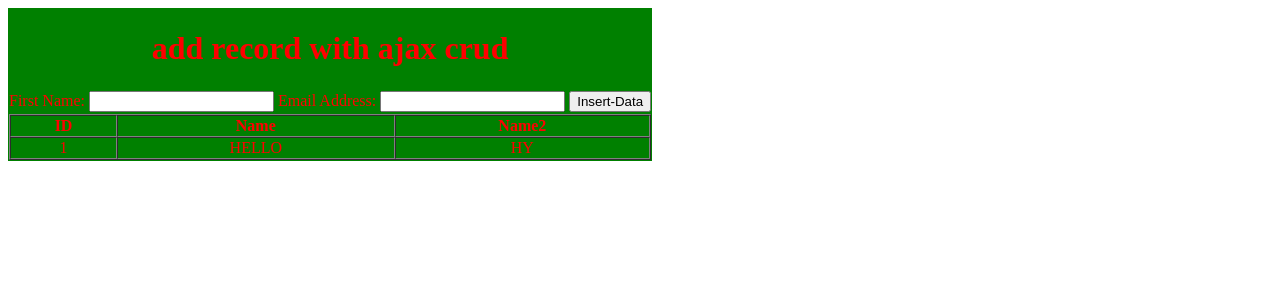
Repository: Tauqeer124/newrepo
Page: http://localhost/insertdata.php
These files come from the project's save history. The page is drawn as it stood at one moment and after a run of saves; the edit follows.
The browser window is 1280 px wide. The pictures show the whole page.
The page is run by PHP 8.4 with error messages shown; the project is at /var/www/html/.

Above is the page before, as saved 2023-04-28 20:11:45.
Console error: ReferenceError: $ is not defined

### insertdata.php
<!DOCTYPE html>
<html lang="en">
    <head>
        <title> ajax example</title>
        <style>
            #main{
                text-align: center;
                color: red;
                background-color: green;
            }
        </style>
    </head>
    <body>
        <table id="main" border="0" cellspacing="0">
            <tr >
                <td id="header">
                    <h1>add record with ajax crud</h1>
                </td>
            </tr>
            <tr>
                <td id="table-form">
                    First Name: <input type="text" id="name">
                    Email Address: <input type="text" id="email">
                    <input type="button" id="save-button" value="Insert-Data" >
                </td>
            </tr>
            <tr>
                <td id="table-data">
                    <table border="1" cellspacing="0" cellpading="10px" width="100%" >
                        <tr>
                            <th>ID</th>
                            <th>Name</th>
                            <th>Name2</th>
                        </tr>
                        <tr>
                            <td align="center">1</td>
                            <td align="center">HELLO</td>
                            <td align="center">HY</td>
                        </tr>

                    </table>
                </td>
            </tr>
        </table>
        <script type="text/javascript" src="js/jquery.js"></script>
        <script type="text/javascript">
            $(document).ready(function(){
                $("#load-button").on("click",function(e){
                    $.ajax({
                        url: "ajaxlaod.php",
                        type:"post",
                        success: function(data){
                            $("#table-data").html(data);
                        }

                    });
                });
            });
        </script>
    </body>

</html>

Loaded but not shown: js/jquery.js (no copy from this time; the picture is the same without it)

After the next 2 saves:
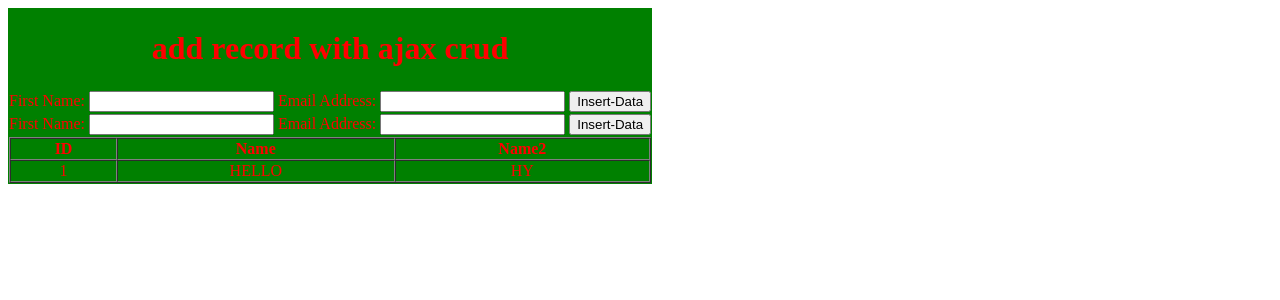
The 2 saves are shown as one change because they came seconds apart.
The last was saved 64 s later.
--- a/insertdata.php
+++ b/insertdata.php
@@ -15,6 +15,13 @@
             <tr >
                 <td id="header">
                     <h1>add record with ajax crud</h1>
+                </td>
+            </tr>
+            <tr>
+                <td id="table-form">
+                    First Name: <input type="text" id="name">
+                    Email Address: <input type="text" id="email">
+                    <input type="button" id="save-button" value="Insert-Data" >
                 </td>
             </tr>
             <tr>
